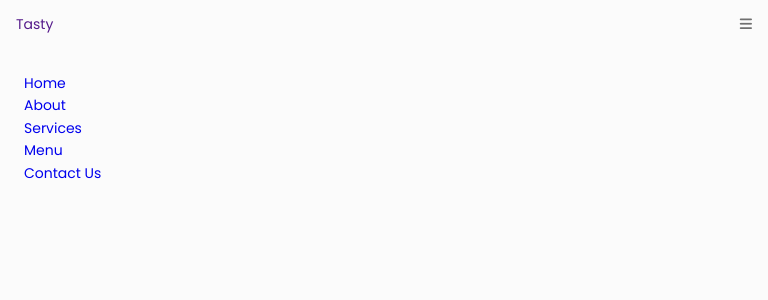
Repository: dinhhaidh/Tasty
Page: index.html
An editor plug-in stored every save of this project. The page is shown before and after a run of saves, followed by the edit.
The browser window is 768 px wide. The pictures show the whole page.

Above is the page before, as saved 2023-12-30 21:13:42.

After the next 3 saves:
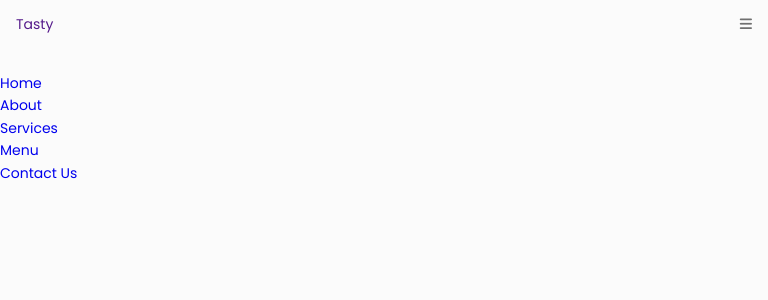
The 3 saves are shown as one change because they came seconds apart.
The last was saved 54 s later.
--- a/style.css
+++ b/style.css
@@ -132,6 +132,6 @@ img{
         top: var(--header-height);
         left: 0;
         width: 100%;
-        padding: 1.5rem;
+        padding: 1.5rem 0 1rem;
     }
 }
